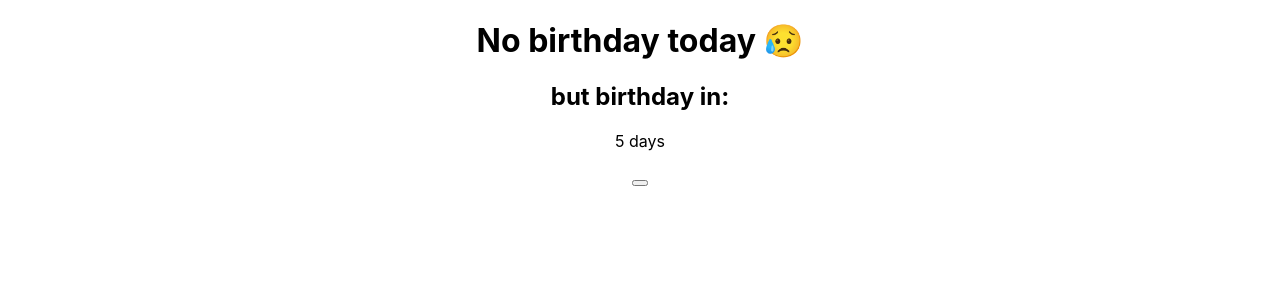
Repository: David-Waite/HannahsBirthdayWebsite
Page: /
The author's editor kept a copy of each file at every save. The page is drawn from the files as they stood at one save, then again after the next save.
The browser window is 1280 px wide. The pictures show the whole page.
The project was rebuilt for these pictures with package versions that can differ from the ones it lists, and the page was loaded fresh each time.

Above is the page before, as saved 2023-03-30 17:51:21.

After the next save:
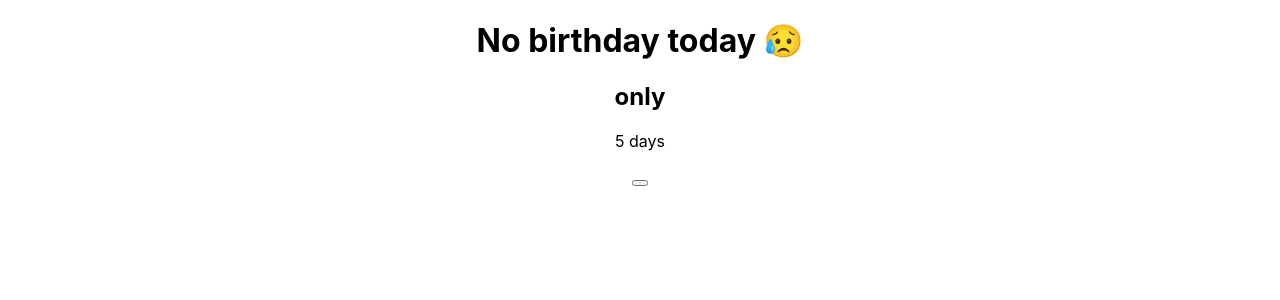
Saved 13 s later.
--- a/src/App.js
+++ b/src/App.js
@@ -41,7 +41,7 @@ function App() {
     birthdayText = (
       <>
         <h1>No birthday today 😥</h1>
-        <h2>but birthday in:</h2>
+        <h2>only</h2>
         <p>{Math.floor(getDaysUntilBirthday())} days</p>
       </>
     );
